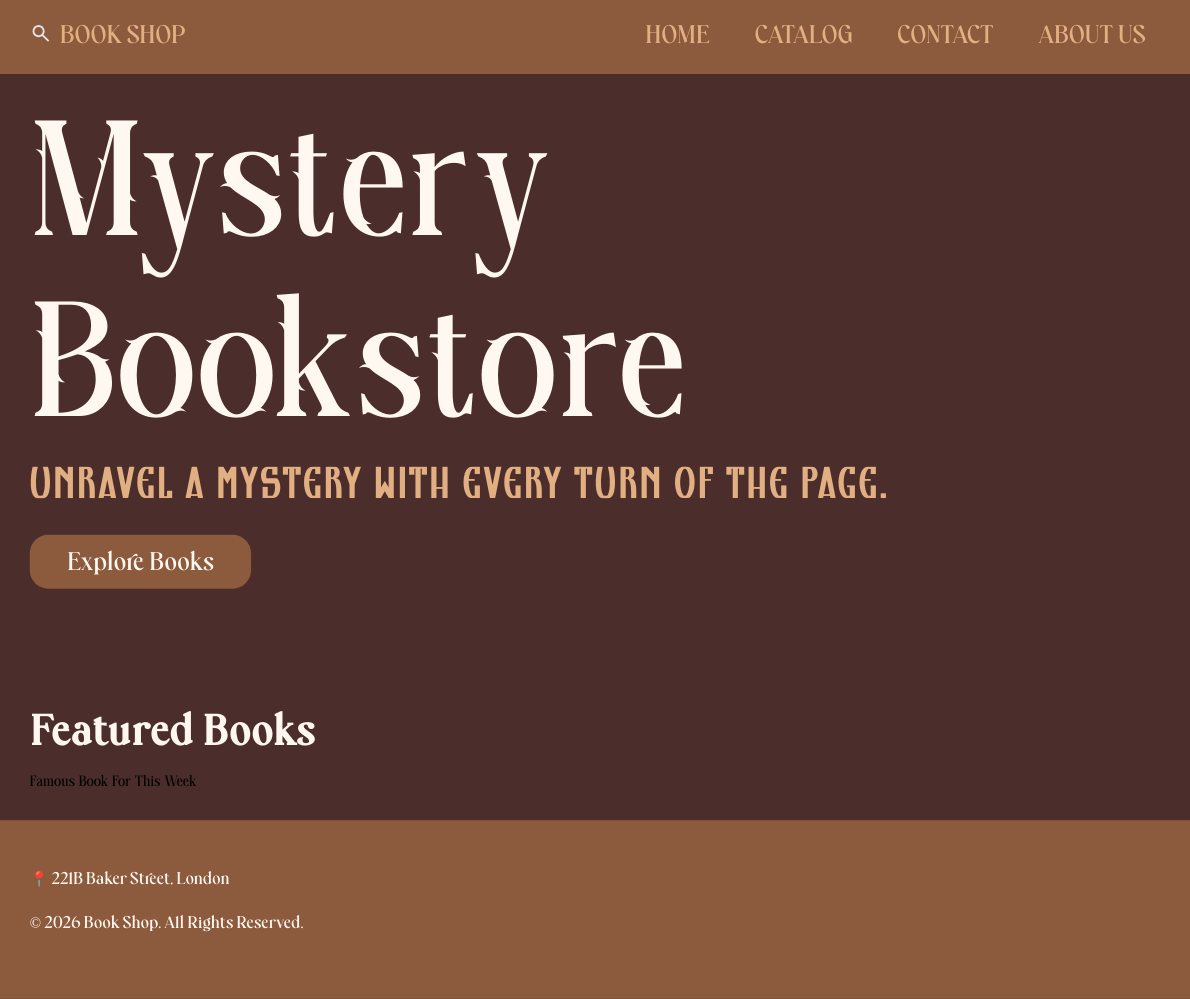
Repository: Nicholas0103/Book_Shop
Page: index.html
The author's editor kept a copy of each file at every save. The page is drawn from the files as they stood at one save, then again after a run of saves.
The browser window is 1280 px wide. The pictures show the whole page, at 93% of full size.

Above is the page before, as saved 2026-07-18 14:31:37.

After the next 4 saves:
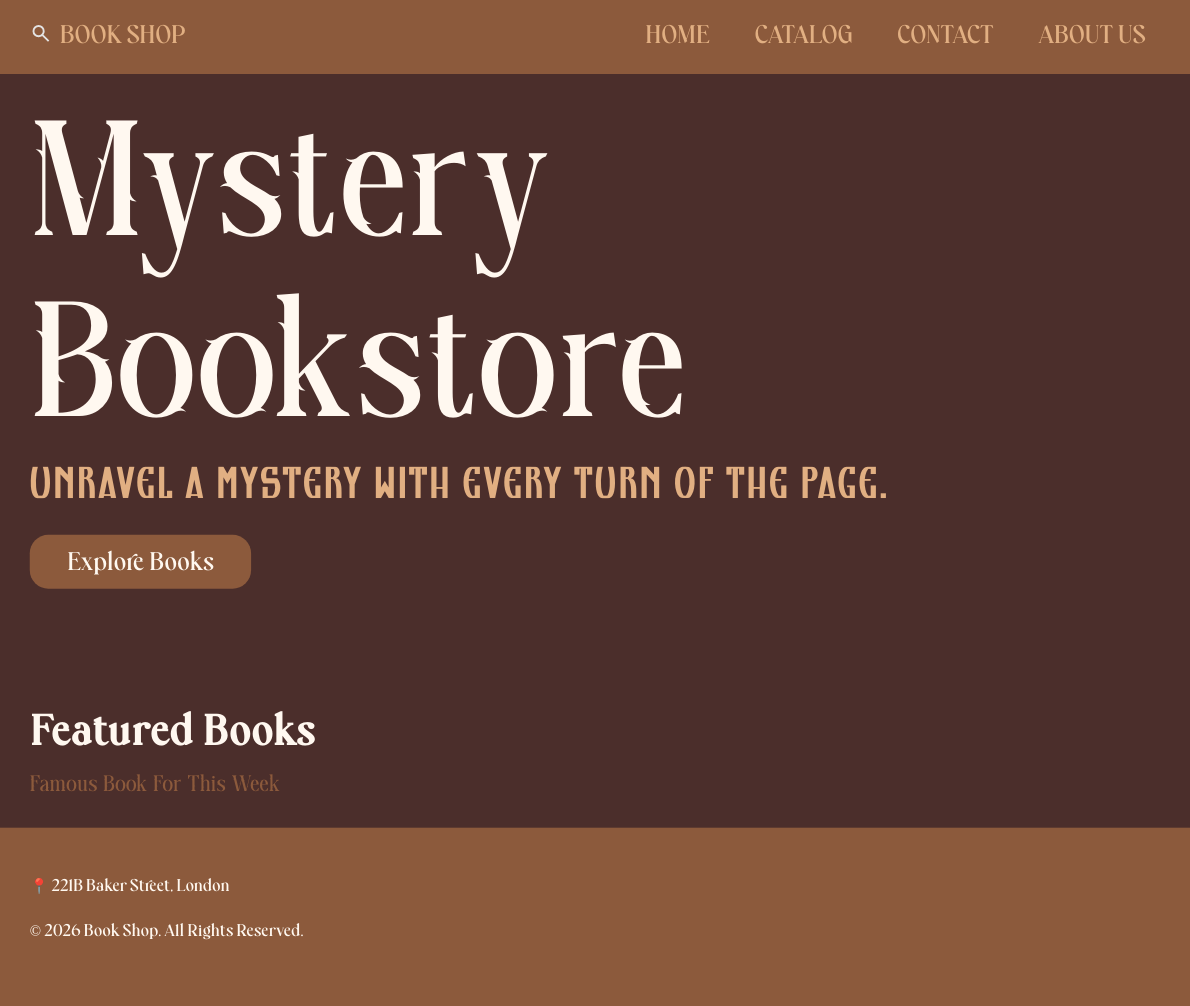
The 4 saves are shown as one change because they came seconds apart.
The last was saved 9 s later.
--- a/style.css
+++ b/style.css
@@ -185,7 +185,8 @@
 
 .features-section p {
     font-family: Sins;
-    font-size: 1rem;
+    font-size: 1.5rem;
+    color: var(--accent-color)
 }
 
 /* ========================================
